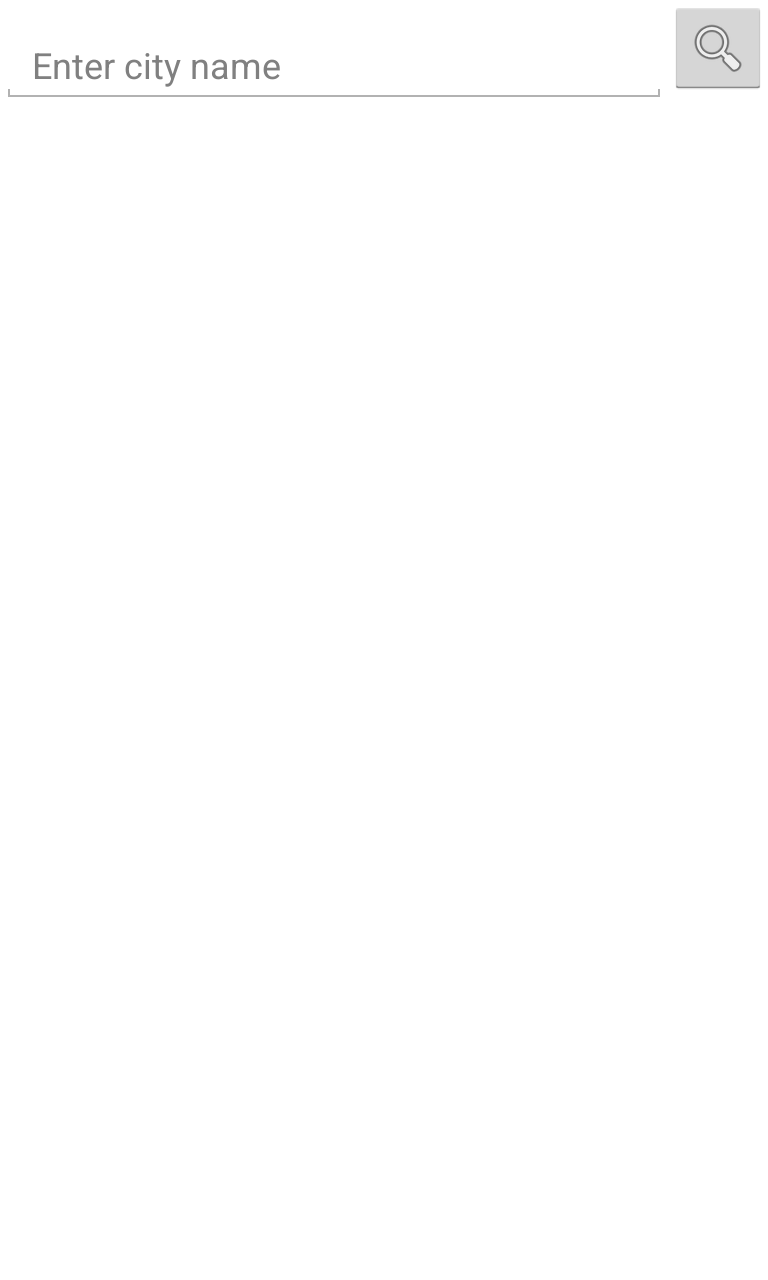
Repository: sandeshshetty/TravelZeus
Layout: TravelZeus/res/layout/fragment_home.xml
The author's editor kept a copy of each file at every save. The layout is drawn from the files as they stood at one save, then again after the next save.
It is drawn on a 768 x 1280 px phone screen (xhdpi) without system bars, with theme AppTheme; the app's code is not run. The app's manifest (not shown) leaves right-to-left support off. So textAlignment, textDirection and layoutDirection are ignored, and left and right values win over start and end ones.

Above is the layout before, as saved 2015-05-16 16:54:08.

After the next save:
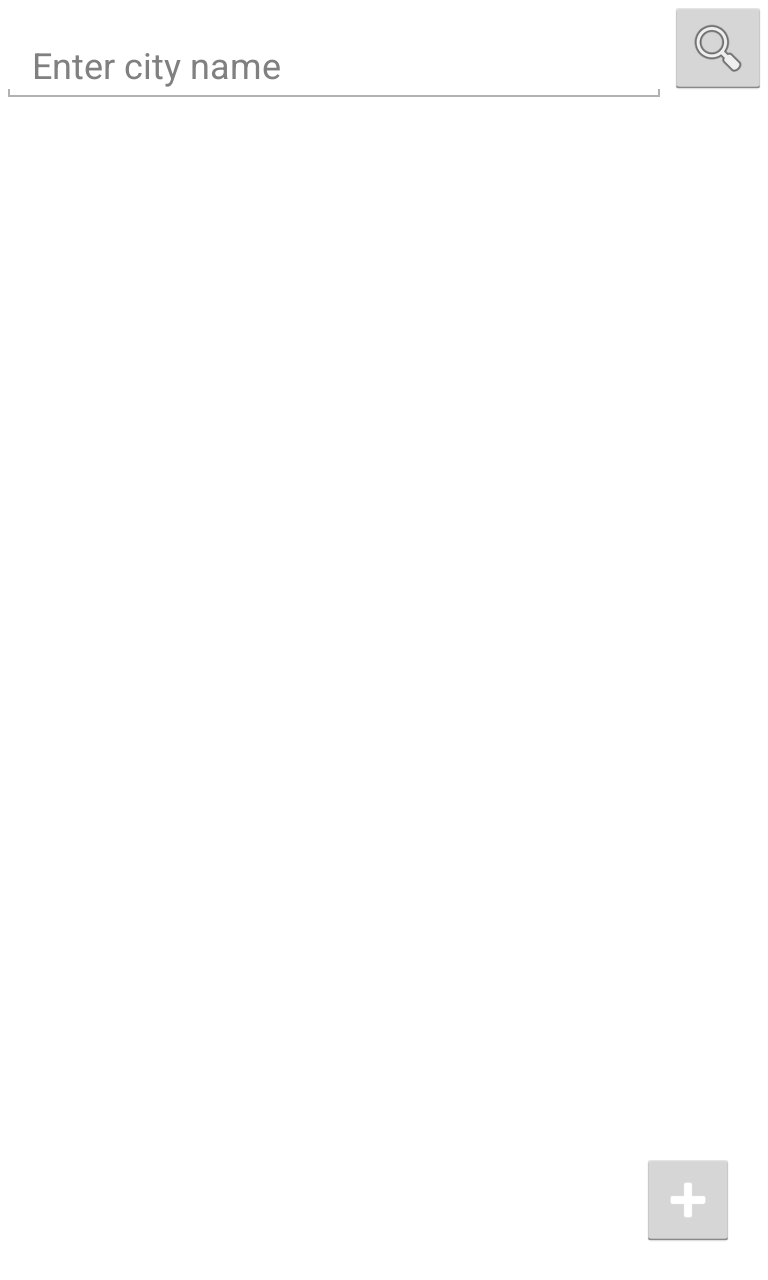
Saved 2 min 41 s later.
--- a/TravelZeus/res/layout/fragment_home.xml
+++ b/TravelZeus/res/layout/fragment_home.xml
@@ -41,7 +41,6 @@
         android:layout_alignParentBottom="true"
         android:layout_alignParentRight="true"
         android:tint="@android:color/white"
-        android:background="@android:drawable/"
         android:contentDescription="@string/add_new_place"/>
 
 </RelativeLayout>
